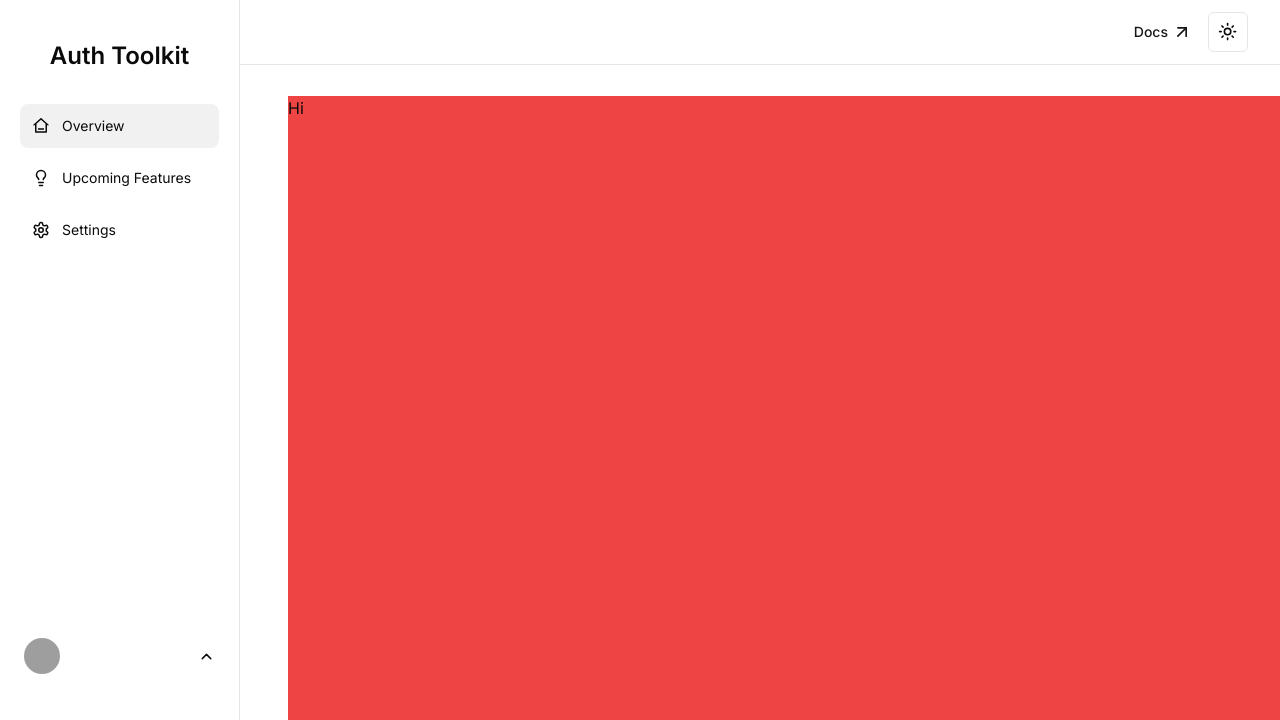
Repository: nickgoel31/authentication-toolkit
Page: /dashboard
An editor plug-in stored every save of this project. The page is shown before and after the next save, followed by the edit.
The browser window is 1280 px wide. The pictures show the whole page.
Pictures or frames that could not be fetched are drawn as grey boxes. The page's requests for data from a server got no answer. The project was rebuilt for these pictures with package versions that can differ from the ones it lists, and the page was loaded fresh each time. The framework's server and built-in components were replaced by stand-ins that run in the browser. No one was signed in, and anything a server would have sent is missing. Also part of the build but not shown: next.config.mjs.

Above is the page before, as saved 2024-02-05 20:39:37.

After the next save:
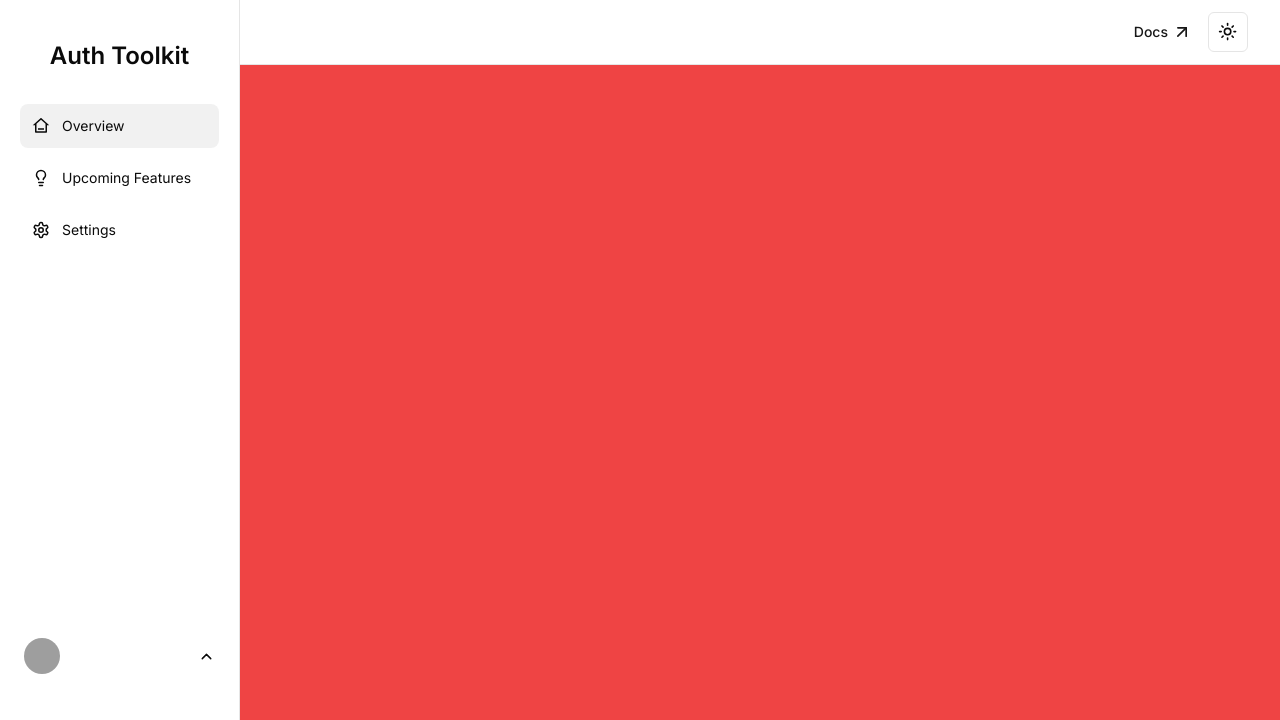
Saved 8 s later.
--- a/app/(protected)/dashboard/layout.tsx
+++ b/app/(protected)/dashboard/layout.tsx
@@ -9,7 +9,7 @@ const DashboardLayout = async ({children} : {children:React.ReactNode}) => {
 
   return (
     <SessionProvider session={session}>
-      <div className='mx-auto flex flex-col relative pl-72 pt-24 h-screen'>
+      <div className='mx-auto flex flex-col relative  h-screen'>
           <Sidebar />
           <Navbar />
           {children}
